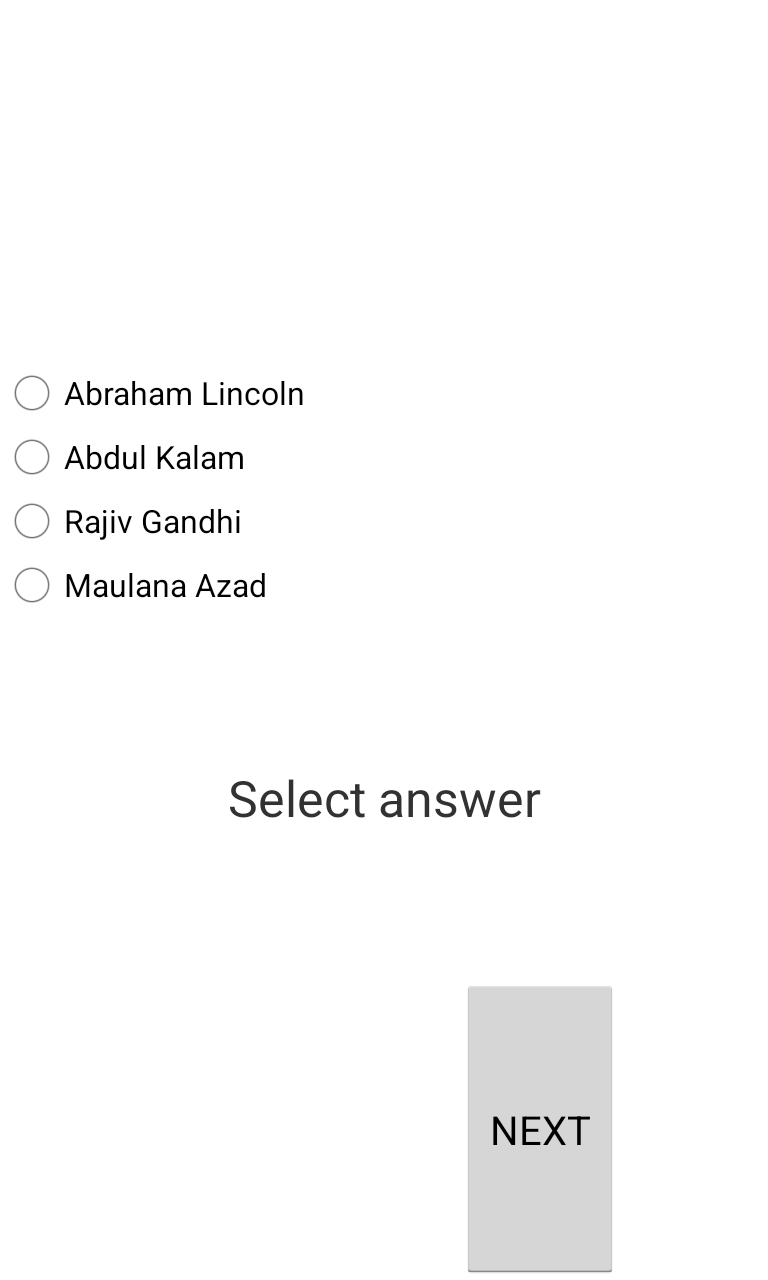
Repository: rupaligarje123/aakash
Layout: androidphotoquiz/FunChem1/photoquiz/res/layout/que12.xml
These files come from the project's save history. The layout is drawn as it stood at one moment and after the next save; the edit follows.
It is drawn on a 768 x 1280 px phone screen (xhdpi) without system bars, with theme AppTheme; the app's code is not run.

Above is the layout before, as saved 2013-04-18 09:27:09.

### androidphotoquiz/FunChem1/photoquiz/res/layout/que12.xml
<?xml version="1.0" encoding="utf-8"?>
<LinearLayout xmlns:android="http://schemas.android.com/apk/res/android"
    android:layout_width="match_parent"
    android:layout_height="wrap_content"
    android:orientation="vertical" >



    <TextView
        android:id="@+id/editText1"
        android:layout_width="match_parent"
        android:layout_height="80sp"
        android:layout_weight="1"
        android:gravity="center"
        android:text=""
        android:textSize="25sp" >
    </TextView>
<RadioGroup
    android:layout_width="fill_parent"
    android:layout_height="wrap_content"
    android:orientation="vertical">
    >
    <RadioButton
        android:id="@+id/rd1201"
        android:layout_width="match_parent"
        android:layout_height="0dp"
        android:layout_weight="1"
        android:text="Abraham Lincoln" />

    <RadioButton
        android:id="@+id/rd1202"
        android:layout_width="match_parent"
        android:layout_height="0dp"
        android:layout_weight="1"
        android:text="Abdul Kalam" />

    <RadioButton
        android:id="@+id/rd1203"
        android:layout_width="match_parent"
        android:layout_height="0dp"
        android:layout_weight="1"
        android:text="Rajiv Gandhi" />

    <RadioButton
        android:id="@+id/rd1204"
        android:layout_width="match_parent"
        android:layout_height="0dp"
        android:layout_weight="1"
        android:text="Maulana Azad" />
    </RadioGroup>
   <TextView
        android:id="@+id/tvr12"
        android:layout_width="match_parent"
        android:layout_height="80sp"
        android:layout_weight="1"
        android:gravity="center"
        android:text="@string/Result"
        android:textSize="25sp" >
    </TextView>
    <Button
        android:id="@+id/bn12"
        android:layout_width="80sp"
        android:layout_height="50sp"
        android:layout_weight="1"
        android:text="NEXT"
        android:textSize="20sp"
        android:layout_marginLeft="230sp"

        />
</LinearLayout>

### androidphotoquiz/FunChem1/photoquiz/res/values/strings.xml
<?xml version="1.0" encoding="utf-8"?>
<resources>

    <string name="app_name">FunChem</string>
    <string name="action_settings">Settings</string>
    <string name="hello_world">Identify Image</string>
    <string name="Result">Select answer</string>
    <string name="string1">Start</string>

</resources>

Loaded but not shown: androidphotoquiz/FunChem1/photoquiz/res/values/styles.xml (common file); androidphotoquiz/FunChem1/photoquiz/res/values-v11/styles.xml (common file); androidphotoquiz/FunChem1/photoquiz/res/values-v14/styles.xml (common file)

After the next save:
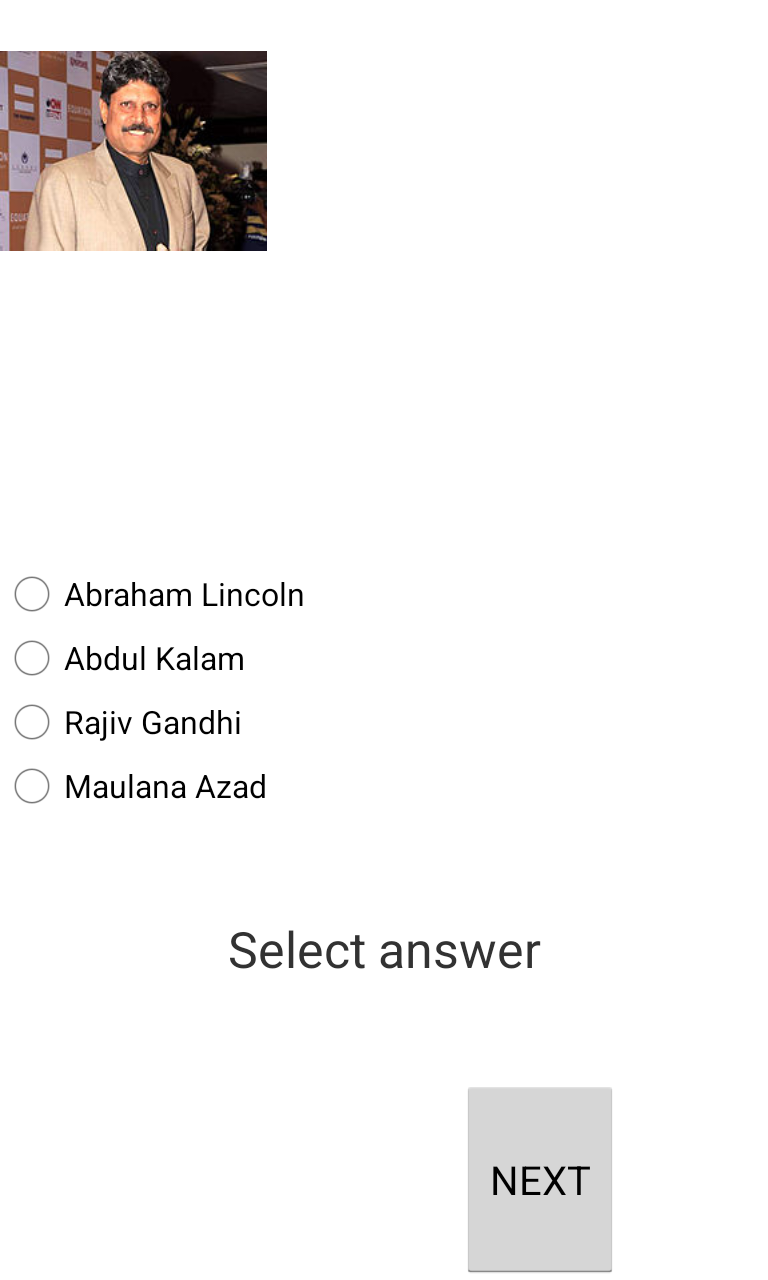
Saved 25 s later.
--- a/androidphotoquiz/FunChem1/photoquiz/res/layout/que12.xml
+++ b/androidphotoquiz/FunChem1/photoquiz/res/layout/que12.xml
@@ -4,7 +4,12 @@
     android:layout_height="wrap_content"
     android:orientation="vertical" >
 
-
+    <ImageView
+        android:id="@+id/imageView1"
+        android:layout_width="wrap_content"
+        android:layout_height="wrap_content"
+        android:layout_weight="1"
+        android:src="@drawable/pic12" />
 
     <TextView
         android:id="@+id/editText1"
